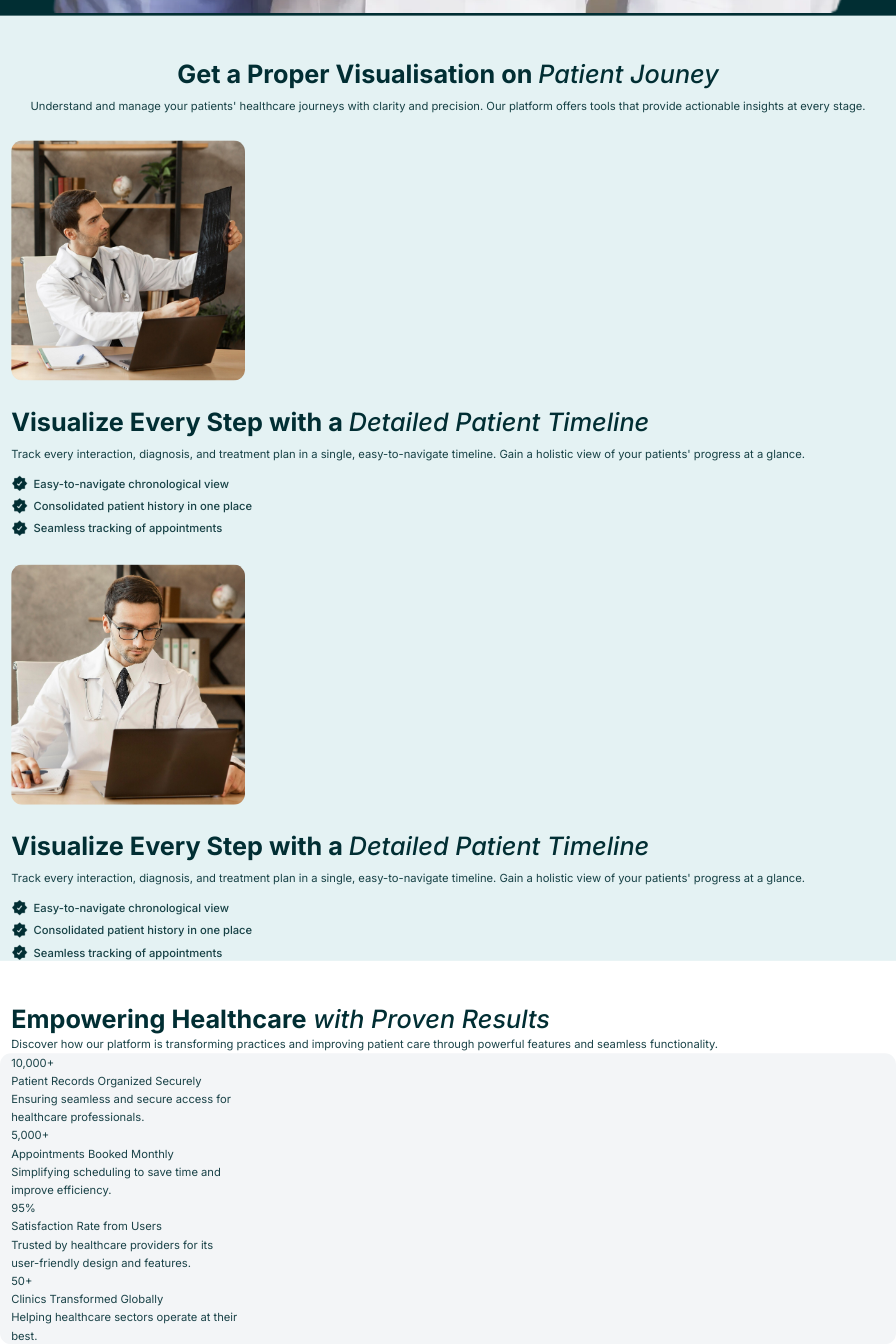
Repository: DiegoWWeege/recuperacao-prova-front-end
Page: index.html
An editor plug-in stored every save of this project. The page is shown before and after a run of saves, followed by the edit.
The browser window is 1280 px wide. The pictures show the part of the page from y = 1392 to 3312 px (the page is 3312 px tall), at 70% of full size.

Above is the page before, as saved 2026-06-22 18:50:52.

After the next 2 saves:
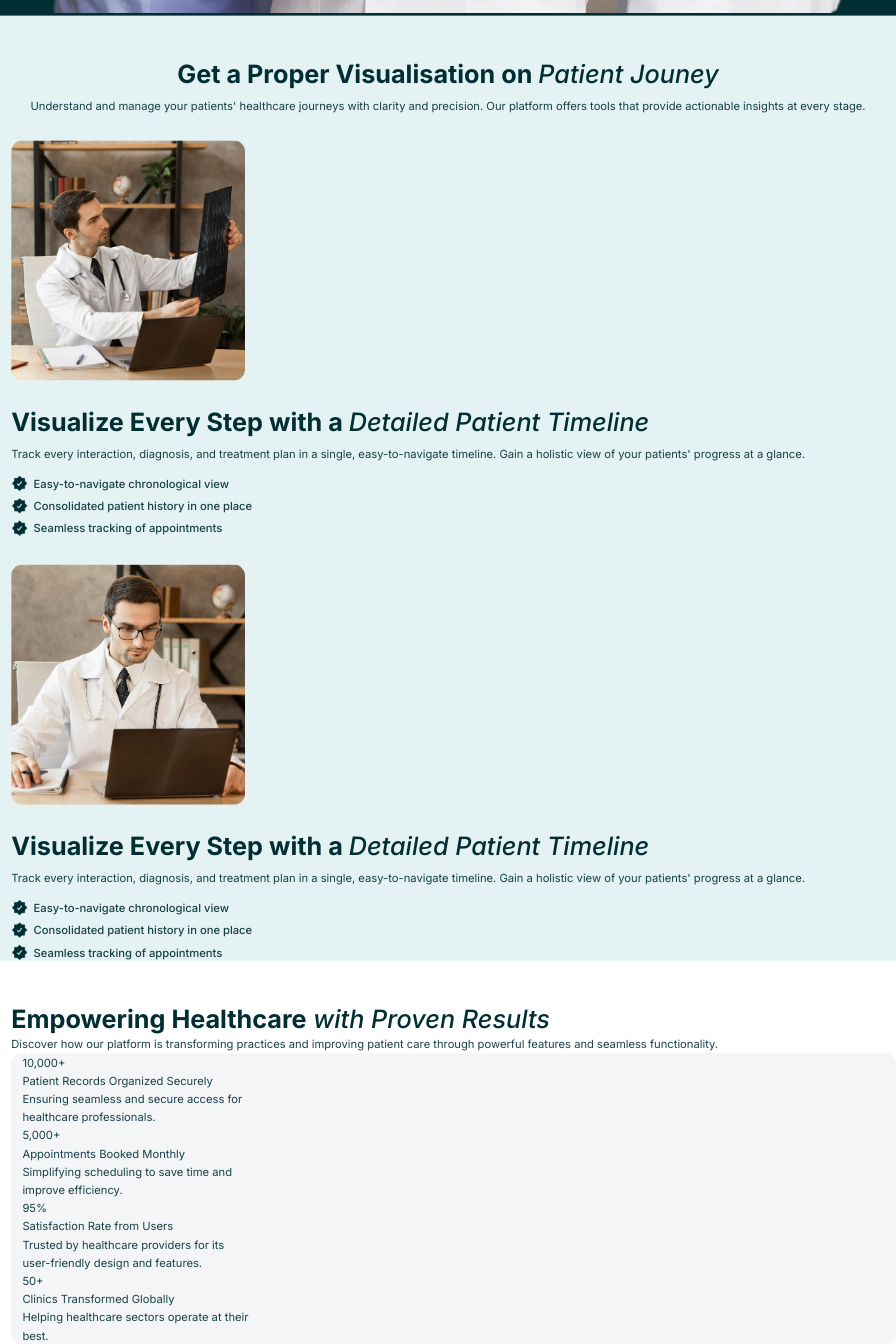
The 2 saves are shown as one change because they came seconds apart.
The last was saved 6 s later.
--- a/style.css
+++ b/style.css
@@ -193,6 +193,6 @@ header section{
     grid-template-columns: 21.438rem;
     background-color: #F3F5F7;
     border-radius: 16px;
-    margin
+    margin-left: 1rem;
 
 }
